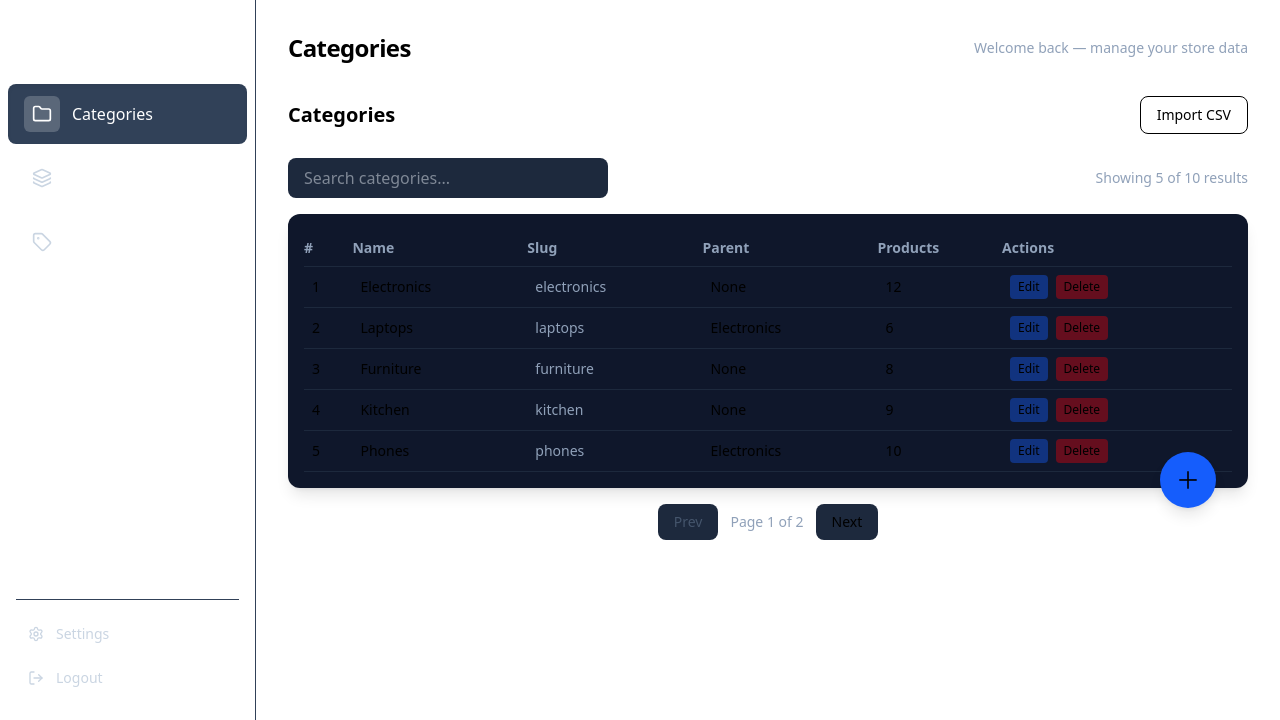
Repository: Ndegwa2/MulistorePOS
Page: /
An editor plug-in stored every save of this project. The page is shown before and after the next save, followed by the edit.
The browser window is 1280 px wide. The pictures show the whole page.
The project was rebuilt for these pictures with package versions that can differ from the ones it lists, and the page was loaded fresh each time. Also part of the build but not shown: vite.config.js, Frontend/EditModal.jsx, Frontend/DeleteConfirm.jsx, Frontend/subcategory.jsx, Frontend/brand.jsx.

Above is the page before, as saved 2025-10-03 09:54:00.

### index.html
<!DOCTYPE html>
<html lang="en">
  <head>
    <meta charset="UTF-8" />
    <link rel="icon" type="image/svg+xml" href="/vite.svg" />
    <meta name="viewport" content="width=device-width, initial-scale=1.0" />
    <title>Multistore POS</title>
  </head>
  <body class="bg-secondary text-text">
    <div id="root"></div>
    <script type="module" src="/Frontend/main.jsx"></script>
  </body>
</html>

### Frontend/main.jsx
import React from 'react'
import ReactDOM from 'react-dom/client'
import './index.css'
import Dashboard from './dashboaord'

ReactDOM.createRoot(document.getElementById('root')).render(
  <React.StrictMode>
    <Dashboard />
  </React.StrictMode>,
)

### Frontend/dashboaord.jsx
import React, { useState } from "react";
import { Folder, Layers, Tag, Settings, LogOut } from "lucide-react";

// Assume these exist in your project
import CategoryPanel from "./categoryPanel";
import SubCategoryPanel from "./subcategory";
import BrandPanel from "./brand";

const NAV = [
  { key: "categories", label: "Categories", icon: Folder },
  { key: "subcategories", label: "Subcategories", icon: Layers },
  { key: "brands", label: "Brands", icon: Tag },
];

export default function Dashboard() {
  const [active, setActive] = useState("categories");

  // small helper for rendering the active panel
  function renderPanel() {
    if (active === "categories") return <CategoryPanel />;
    if (active === "subcategories") return <SubCategoryPanel />;
    return <BrandPanel />;
  }

  return (
    <div className="min-h-screen bg-secondary text-text flex">
      {/* Sidebar */}
      <aside
        className="w-64 fixed left-0 top-0 h-screen bg-primary text-white border-r border-slate-700
                   flex flex-col justify-between"
        aria-label="Sidebar"
      >
        <div>
          {/* Logo / Title */}
          <div className="px-6 py-6">
            <div className="text-sm font-semibold">Multistore POS</div>
          </div>

          {/* Nav */}
          <nav className="mt-4 px-2" aria-label="Main navigation">
            {NAV.map((n) => {
              const Icon = n.icon;
              const isActive = active === n.key;
              return (
                <button
                  key={n.key}
                  onClick={() => setActive(n.key)}
                  className={`group w-full flex items-center gap-3 px-4 py-3 my-1 rounded-lg text-left
                              transition-colors duration-150
                              ${isActive ? "bg-slate-700 text-white shadow-inner" : "hover:bg-slate-700"}`}
                  aria-current={isActive ? "page" : undefined}
                >
                  <div className={`p-2 rounded-md ${isActive ? "bg-white/20" : "bg-transparent"}`}>
                    <Icon className={`w-5 h-5 ${isActive ? "text-white" : "text-slate-300"} transition-colors`} />
                  </div>
                  <span className="flex-1">{n.label}</span>
                  {/* subtle chevron or count placeholder (optional) */}
                </button>
              );
            })}
          </nav>
        </div>

        {/* bottom area */}
        <div className="px-4 pb-6">
          <div className="border-t border-slate-700 pt-4 flex flex-col gap-2">
            <button className="flex items-center gap-3 px-3 py-2 rounded-lg hover:bg-slate-700 transition-colors">
              <Settings className="w-4 h-4 text-slate-300" />
              <span className="text-sm text-slate-300">Settings</span>
            </button>
            <button className="flex items-center gap-3 px-3 py-2 rounded-lg hover:bg-slate-700 transition-colors">
              <LogOut className="w-4 h-4 text-slate-300" />
              <span className="text-sm text-slate-300">Logout</span>
            </button>
          </div>
        </div>
      </aside>

      {/* Main content */}
      <main className="flex-1 ml-64 bg-secondary min-h-screen text-text p-8">
        {/* Top header (shows active panel name) */}
        <header className="mb-6">
          <div className="flex items-center justify-between">
            <h2 className="text-2xl font-semibold tracking-tight">
              {NAV.find((n) => n.key === active)?.label}
            </h2>
            <div className="text-sm text-slate-400">Welcome back — manage your store data</div>
          </div>
        </header>

        {/* Content area with simple fade/slide animation */}
        <section
          key={active} /* remounts on active change to trigger transition */
          className="transition duration-300 ease-out transform opacity-0 translate-y-2 animate-fade-in"
          style={{ animationFillMode: "forwards", animationDuration: "220ms" }}
        >
          <div className="bg-transparent">
            {renderPanel()}
          </div>
        </section>
      </main>

      {/* small global styles for the fade-in animation (Tailwind can't define keyframes inline) */}
      <style>{`
        @keyframes fadeIn {
          from { opacity: 0; transform: translateY(6px); }
          to { opacity: 1; transform: translateY(0); }
        }
        .animate-fade-in {
          animation-name: fadeIn;
        }
      `}</style>
    </div>
  );
}

### Frontend/categoryPanel.jsx
import React, { useState } from "react";
import EditModal from "./EditModal";
import DeleteConfirm from "./DeleteConfirm";

export default function CategoryPanel() {
  const [categories, setCategories] = useState([
    { id: 1, name: "Electronics", slug: "electronics", parent: "None", count: 12 },
    { id: 2, name: "Laptops", slug: "laptops", parent: "Electronics", count: 6 },
    { id: 3, name: "Furniture", slug: "furniture", parent: "None", count: 8 },
    { id: 4, name: "Kitchen", slug: "kitchen", parent: "None", count: 9 },
    { id: 5, name: "Phones", slug: "phones", parent: "Electronics", count: 10 },
    { id: 6, name: "Accessories", slug: "accessories", parent: "Electronics", count: 4 },
    { id: 7, name: "Chairs", slug: "chairs", parent: "Furniture", count: 7 },
    { id: 8, name: "Tables", slug: "tables", parent: "Furniture", count: 5 },
    { id: 9, name: "Home Decor", slug: "home-decor", parent: "None", count: 11 },
    { id: 10, name: "Audio", slug: "audio", parent: "Electronics", count: 3 },
  ]);

  const [showModal, setShowModal] = useState(false);
  const [newCategory, setNewCategory] = useState({ name: "", slug: "", parent: "", description: "" });
  const [searchTerm, setSearchTerm] = useState("");
  const [currentPage, setCurrentPage] = useState(1);
  const itemsPerPage = 5;

  const [showEditModal, setShowEditModal] = useState(false);
  const [editingItem, setEditingItem] = useState(null);
  const [showDeleteConfirm, setShowDeleteConfirm] = useState(false);
  const [deletingItem, setDeletingItem] = useState(null);

  // Derived filtered categories
  const filtered = categories.filter(
    (c) =>
      c.name.toLowerCase().includes(searchTerm.toLowerCase()) ||
      c.slug.toLowerCase().includes(searchTerm.toLowerCase())
  );

  // Pagination logic
  const totalPages = Math.ceil(filtered.length / itemsPerPage);
  const paginated = filtered.slice((currentPage - 1) * itemsPerPage, currentPage * itemsPerPage);

  const handleAdd = () => setShowModal(true);

  const handleSave = () => {
    if (newCategory.name.trim() === "") return;
    setCategories([...categories, { ...newCategory, id: Date.now(), count: 0 }]);
    setNewCategory({ name: "", slug: "", parent: "", description: "" });
    setShowModal(false);
  };

  const handleSearch = (e) => {
    setSearchTerm(e.target.value);
    setCurrentPage(1);
  };

  const handleEdit = (item) => {
    setEditingItem(item);
    setShowEditModal(true);
  };

  const handleEditSave = (updated) => {
    setCategories(categories.map(c => c.id === updated.id ? updated : c));
    setShowEditModal(false);
  };

  const handleDelete = (item) => {
    setDeletingItem(item);
    setShowDeleteConfirm(true);
  };

  const handleDeleteConfirm = () => {
    setCategories(categories.filter(c => c.id !== deletingItem.id));
    setShowDeleteConfirm(false);
  };

  return (
    <div className="text-text font-sans">
      {/* Header */}
      <div className="flex flex-col sm:flex-row justify-between sm:items-center mb-6 gap-3">
        <h2 className="text-xl font-semibold">Categories</h2>
        <div className="flex gap-3">
          <button
            className="bg-primary text-white px-4 py-2 rounded-lg hover:bg-slate-700 text-sm"
            onClick={handleAdd}
          >
            + New Category
          </button>
          <button className="border border-primary text-primary px-4 py-2 rounded-lg hover:bg-slate-100 text-sm">
            Import CSV
          </button>
        </div>
      </div>

      {/* Search */}
      <div className="mb-4 flex justify-between items-center flex-wrap gap-3">
        <input
          type="text"
          placeholder="Search categories..."
          value={searchTerm}
          onChange={handleSearch}
          className="w-full sm:w-1/3 bg-slate-800 text-slate-200 px-4 py-2 rounded-lg focus:ring-2 focus:ring-blue-600 outline-none"
        />
        <span className="text-sm text-slate-400">
          Showing {paginated.length} of {filtered.length} results
        </span>
      </div>

      {/* Table */}
      <div className="bg-slate-900 rounded-xl p-4 shadow-lg overflow-x-auto">
        <table className="w-full text-sm">
          <thead>
            <tr className="text-slate-400 border-b border-slate-800">
              <th className="py-2 text-left">#</th>
              <th className="py-2 text-left">Name</th>
              <th className="py-2 text-left">Slug</th>
              <th className="py-2 text-left">Parent</th>
              <th className="py-2 text-left">Products</th>
              <th className="py-2 text-left">Actions</th>
            </tr>
          </thead>
          <tbody>
            {paginated.map((cat, idx) => (
              <tr key={cat.id} className="border-b border-slate-800 hover:bg-slate-800/50">
                <td className="py-2 px-2">{(currentPage - 1) * itemsPerPage + idx + 1}</td>
                <td className="py-2 px-2 font-medium">{cat.name}</td>
                <td className="py-2 px-2 text-slate-400">{cat.slug}</td>
                <td className="py-2 px-2">{cat.parent}</td>
                <td className="py-2 px-2">{cat.count}</td>
                <td className="py-2 px-2 flex gap-2">
                  <button
                    onClick={() => handleEdit(cat)}
                    className="px-2 py-1 bg-blue-600/40 rounded hover:bg-blue-600/60 text-xs"
                  >
                    Edit
                  </button>
                  <button
                    onClick={() => handleDelete(cat)}
                    className="px-2 py-1 bg-red-600/40 rounded hover:bg-red-600/60 text-xs"
                  >
                    Delete
                  </button>
                </td>
              </tr>
            ))}
          </tbody>
        </table>
      </div>

      {/* Pagination Controls */}
      <div className="flex justify-center gap-3 mt-4">
        <button
          disabled={currentPage === 1}
          onClick={() => setCurrentPage(currentPage - 1)}
          className={`px-4 py-2 rounded-lg text-sm ${
            currentPage === 1 ? "bg-slate-800 text-slate-600" : "bg-slate-800 hover:bg-slate-700"
          }`}
        >
          Prev
        </button>
        <span className="text-slate-400 text-sm self-center">
          Page {currentPage} of {totalPages}
        </span>
        <button
          disabled={currentPage === totalPages}
          onClick={() => setCurrentPage(currentPage + 1)}
          className={`px-4 py-2 rounded-lg text-sm ${
            currentPage === totalPages
              ? "bg-slate-800 text-slate-600"
              : "bg-slate-800 hover:bg-slate-700"
          }`}
        >
          Next
        </button>
      </div>

      {/* Floating Add Button */}
      <button
        onClick={handleAdd}
        className="fixed bottom-8 right-8 bg-blue-600 hover:bg-blue-700 w-14 h-14 flex items-center justify-center rounded-full shadow-lg"
      >
        <span className="text-2xl">＋</span>
      </button>

      {/* Modal */}
      {showModal && (
        <div className="fixed inset-0 bg-black/50 flex items-center justify-center z-50">
          <div className="bg-slate-900 p-6 rounded-xl w-full max-w-md shadow-2xl border border-slate-800">
            <h2 className="text-lg font-semibold mb-4">Add New Category</h2>

            <div className="space-y-4">
              <div>
                <label className="text-sm text-slate-400">Name</label>
                <input
                  type="text"
                  value={newCategory.name}
                  onChange={(e) => setNewCategory({ ...newCategory, name: e.target.value })}
                  className="w-full mt-1 bg-slate-800 rounded-lg px-3 py-2 outline-none focus:ring-2 focus:ring-blue-600"
                />
              </div>
              <div>
                <label className="text-sm text-slate-400">Slug</label>
                <input
                  type="text"
                  value={newCategory.slug}
                  onChange={(e) => setNewCategory({ ...newCategory, slug: e.target.value })}
                  className="w-full mt-1 bg-slate-800 rounded-lg px-3 py-2 outline-none focus:ring-2 focus:ring-blue-600"
                />
              </div>
              <div>
                <label className="text-sm text-slate-400">Parent</label>
                <select
                  value={newCategory.parent}
                  onChange={(e) => setNewCategory({ ...newCategory, parent: e.target.value })}
                  className="w-full mt-1 bg-slate-800 rounded-lg px-3 py-2 outline-none focus:ring-2 focus:ring-blue-600"
                >
                  <option value="">None</option>
                  {categories
                    .filter((c) => c.parent === "None")
                    .map((c) => (
                      <option key={c.id}>{c.name}</option>
                    ))}
                </select>
              </div>
              <div>
                <label className="text-sm text-slate-400">Description</label>
                <textarea
                  rows="3"
                  value={newCategory.description}
                  onChange={(e) => setNewCategory({ ...newCategory, description: e.target.value })}
                  className="w-full mt-1 bg-slate-800 rounded-lg px-3 py-2 outline-none focus:ring-2 focus:ring-blue-600"
                ></textarea>
              </div>
            </div>

            <div className="flex justify-end gap-3 mt-6">
              <button
                onClick={() => setShowModal(false)}
                className="px-4 py-2 bg-slate-800 hover:bg-slate-700 rounded-lg"
              >
                Cancel
              </button>
              <button
                onClick={handleSave}
                className="px-4 py-2 bg-blue-600 hover:bg-blue-700 rounded-lg"
              >
                Save
              </button>
            </div>
          </div>
        </div>
      )}

      <EditModal
        isOpen={showEditModal}
        onClose={() => setShowEditModal(false)}
        onSave={handleEditSave}
        initialData={editingItem}
        fields={[
          { name: 'name', label: 'Name', type: 'text' },
          { name: 'slug', label: 'Slug', type: 'text' },
          { name: 'parent', label: 'Parent', type: 'select', options: ['None', ...categories.filter(c => c.parent === 'None').map(c => c.name)] },
          { name: 'description', label: 'Description', type: 'textarea' }
        ]}
      />

      <DeleteConfirm
        isOpen={showDeleteConfirm}
        onClose={() => setShowDeleteConfirm(false)}
        onConfirm={handleDeleteConfirm}
        itemName={deletingItem?.name}
      />
    </div>
  );
}

Loaded but not shown: Frontend/index.css (common file)

After the next save:
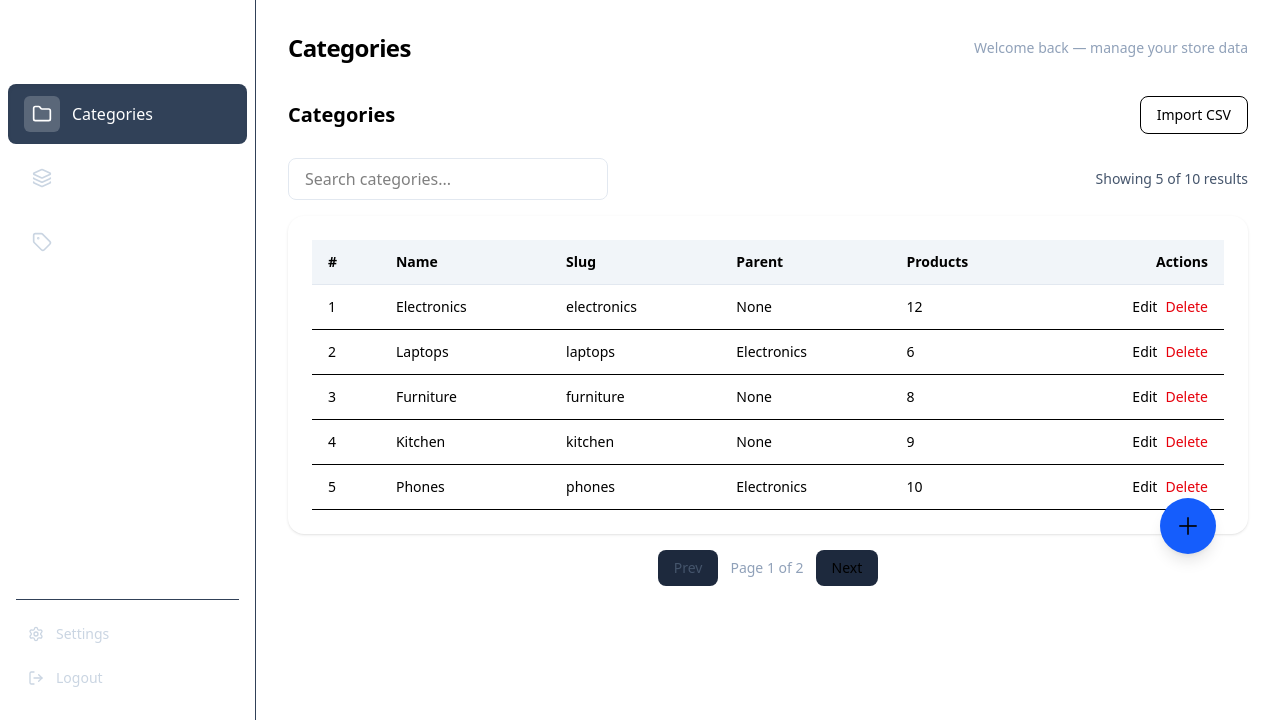
Saved 13 s later.
--- a/Frontend/categoryPanel.jsx
+++ b/Frontend/categoryPanel.jsx
@@ -97,44 +97,44 @@ export default function CategoryPanel() {
           placeholder="Search categories..."
           value={searchTerm}
           onChange={handleSearch}
-          className="w-full sm:w-1/3 bg-slate-800 text-slate-200 px-4 py-2 rounded-lg focus:ring-2 focus:ring-blue-600 outline-none"
+          className="w-full sm:w-1/3 bg-white text-text px-4 py-2 rounded-lg border border-slate-200 focus:ring-2 focus:ring-primary outline-none"
         />
-        <span className="text-sm text-slate-400">
+        <span className="text-sm text-slate-600">
           Showing {paginated.length} of {filtered.length} results
         </span>
       </div>
 
       {/* Table */}
-      <div className="bg-slate-900 rounded-xl p-4 shadow-lg overflow-x-auto">
-        <table className="w-full text-sm">
-          <thead>
-            <tr className="text-slate-400 border-b border-slate-800">
-              <th className="py-2 text-left">#</th>
-              <th className="py-2 text-left">Name</th>
-              <th className="py-2 text-left">Slug</th>
-              <th className="py-2 text-left">Parent</th>
-              <th className="py-2 text-left">Products</th>
-              <th className="py-2 text-left">Actions</th>
+      <div className="bg-white rounded-2xl shadow p-6 overflow-x-auto">
+        <table className="w-full text-left border-collapse text-sm">
+          <thead className="bg-slate-100 border-b border-slate-200">
+            <tr>
+              <th className="py-3 px-4">#</th>
+              <th className="py-3 px-4">Name</th>
+              <th className="py-3 px-4">Slug</th>
+              <th className="py-3 px-4">Parent</th>
+              <th className="py-3 px-4">Products</th>
+              <th className="py-3 px-4 text-right">Actions</th>
             </tr>
           </thead>
           <tbody>
             {paginated.map((cat, idx) => (
-              <tr key={cat.id} className="border-b border-slate-800 hover:bg-slate-800/50">
-                <td className="py-2 px-2">{(currentPage - 1) * itemsPerPage + idx + 1}</td>
-                <td className="py-2 px-2 font-medium">{cat.name}</td>
-                <td className="py-2 px-2 text-slate-400">{cat.slug}</td>
-                <td className="py-2 px-2">{cat.parent}</td>
-                <td className="py-2 px-2">{cat.count}</td>
-                <td className="py-2 px-2 flex gap-2">
+              <tr key={cat.id} className="border-b hover:bg-slate-50">
+                <td className="py-3 px-4">{(currentPage - 1) * itemsPerPage + idx + 1}</td>
+                <td className="py-3 px-4">{cat.name}</td>
+                <td className="py-3 px-4">{cat.slug}</td>
+                <td className="py-3 px-4">{cat.parent}</td>
+                <td className="py-3 px-4">{cat.count}</td>
+                <td className="py-3 px-4 text-right space-x-2">
                   <button
                     onClick={() => handleEdit(cat)}
-                    className="px-2 py-1 bg-blue-600/40 rounded hover:bg-blue-600/60 text-xs"
+                    className="text-primary hover:underline"
                   >
                     Edit
                   </button>
                   <button
                     onClick={() => handleDelete(cat)}
-                    className="px-2 py-1 bg-red-600/40 rounded hover:bg-red-600/60 text-xs"
+                    className="text-red-600 hover:underline"
                   >
                     Delete
                   </button>
